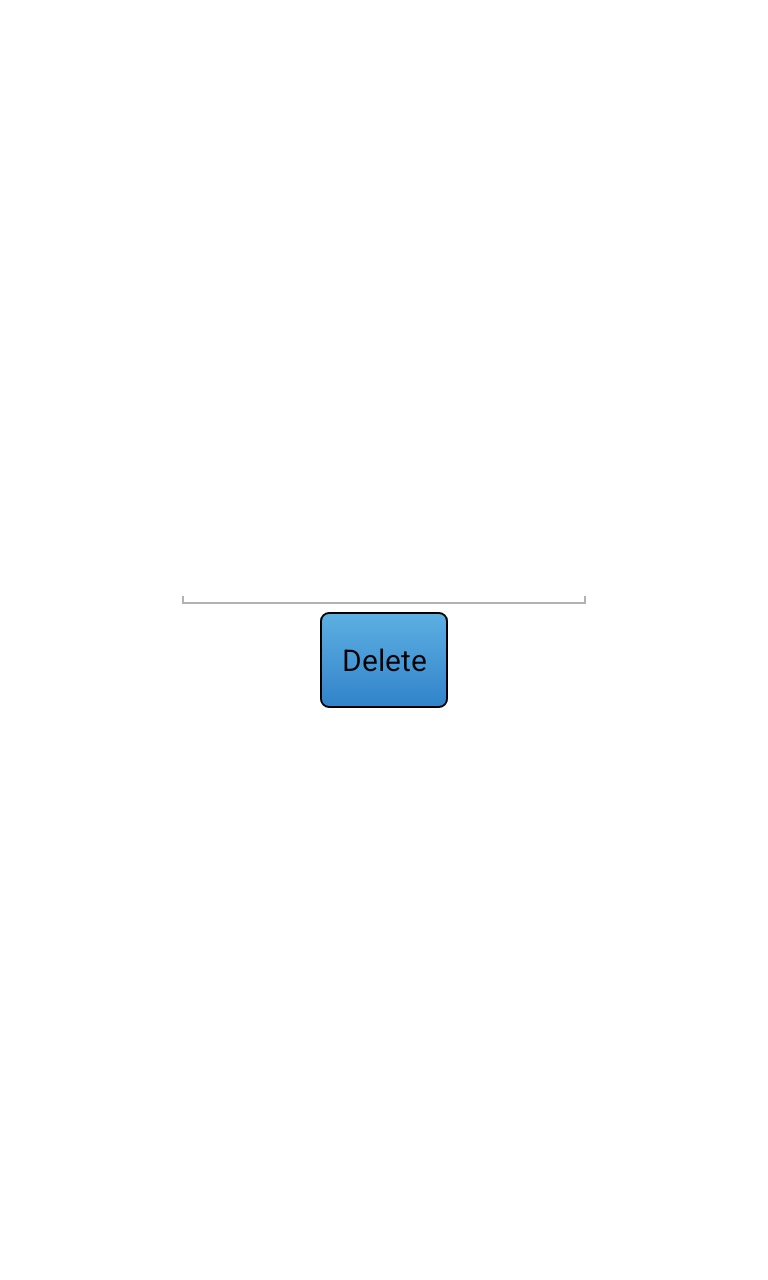
Repository: ArisKots1992/Software-Development
Layout: Anaptiksi Logismikou/Anaptiksi Logismikou/AdminClientApplication/res/layout/third_tab.xml
An editor plug-in stored every save of this project. The layout is shown before and after the next save, followed by the edit.
It is drawn on a 768 x 1280 px phone screen (xhdpi) without system bars, with theme AppTheme; the app's code is not run.

Above is the layout before, as saved 2015-01-19 17:12:08.

After the next save:
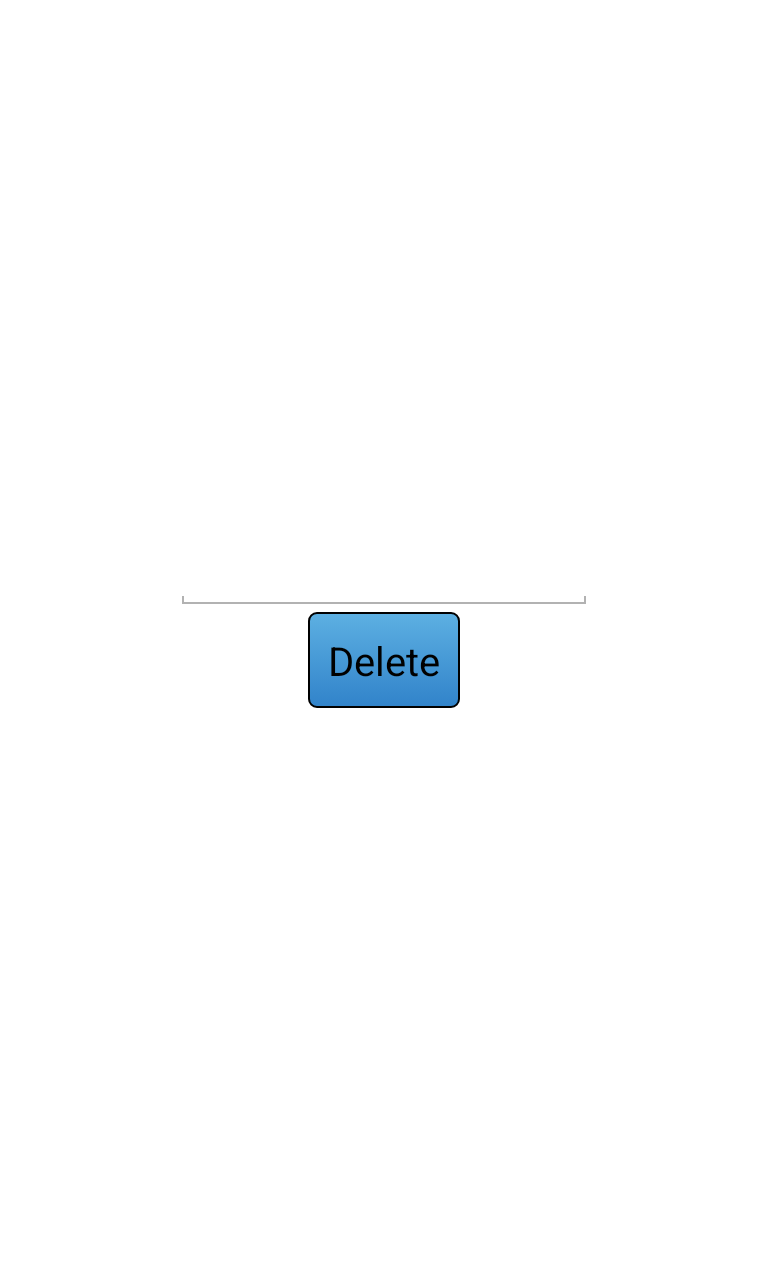
Saved 10 s later.
--- a/Anaptiksi Logismikou/Anaptiksi Logismikou/AdminClientApplication/res/layout/third_tab.xml
+++ b/Anaptiksi Logismikou/Anaptiksi Logismikou/AdminClientApplication/res/layout/third_tab.xml
@@ -17,7 +17,7 @@
         android:layout_width="wrap_content"
         android:layout_height="wrap_content"
         android:text="Delete"
-        android:textSize="15sp"
+        android:textSize="20sp"
         android:background="@drawable/custom_button" />
     <TextView
         android:id="@+id/responseText"
